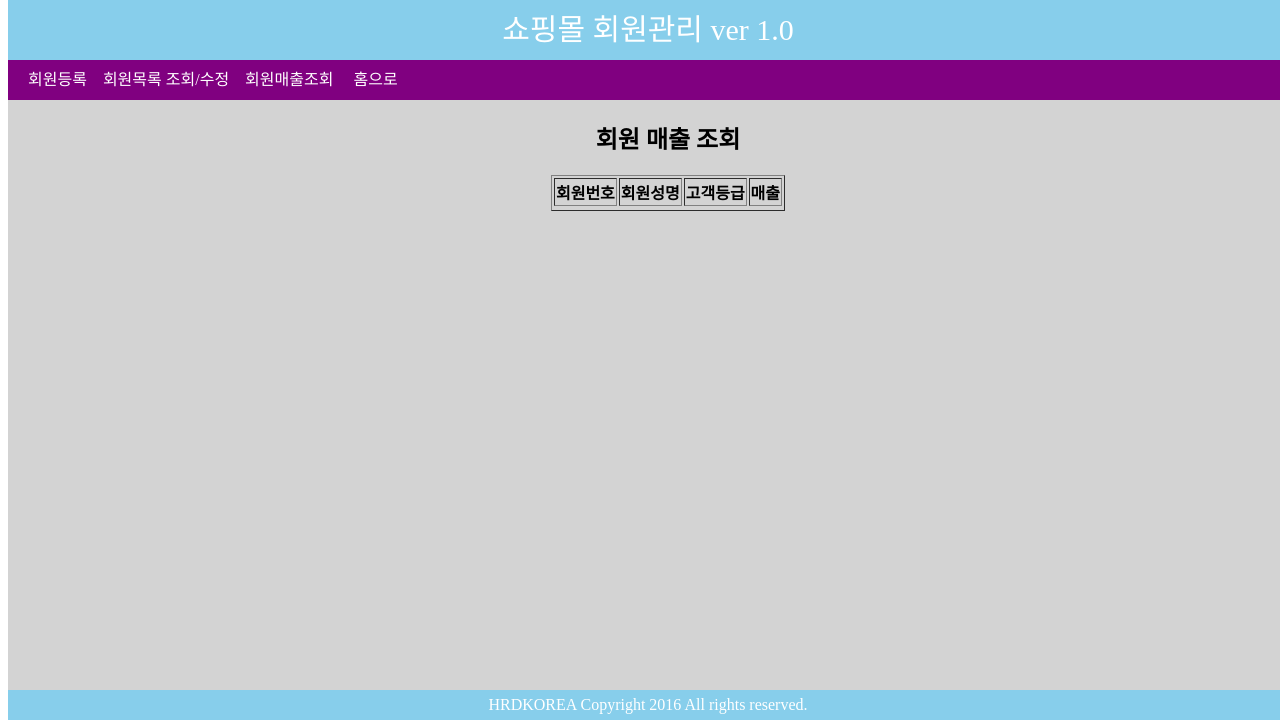
Repository: haileylee94/mini-project
Page: http://localhost/hrd/incom.jsp
These files come from the project's save history. The page is drawn as it stood at one moment and after the next save; the edit follows.
The browser window is 1280 px wide. The pictures show the whole page.
The page is served by Tomcat 9. Other server files are loaded and not shown. Queries for data that is not in the repository find no rows.

Above is the page before, as saved 2022-11-18 05:04:26.

### hrd/WebContent/incom.jsp
<%@ page language="java" contentType="text/html; charset=UTF-8"
    pageEncoding="UTF-8"%>
<!DOCTYPE html>
<html>
<head>
<meta charset="UTF-8">
<title>incom</title>
</head>
<body>
<jsp:include page="header.jsp"/>
	<section
		style="position: fixed; top: 100px; background-color: lightgray; height: 100%; width: 100%; padding-left: 20px">
		<h1 style="text-align: center;">
			<b>회원 매출 조회</b><br>
		</h1>
		<form style="display: flex; align-items: center;justify-content: center;
			text-align:center">
			<table border="1">
				<tr>
					<th>회원번호</th>
					<th>회원성명</th>
					<th>고객등급</th>
					<th>매출</th>
				</tr>
				<tr>
			</table>
		</form>
	</section>
<jsp:include page="footer.jsp"/>
</body>
</html>

### hrd/WebContent/header.jsp
<%@ page language="java" contentType="text/html; charset=UTF-8"
    pageEncoding="UTF-8"%>
<!DOCTYPE html>
<html>
<head>
<meta charset="UTF-8">
<title>header</title>
<style type="text/css">
	*{
		text-decoration: none;
	}

	header{
		position:fixed;
		top:0px;
		width:100%;
		height: 60px;
		background-color: skyblue;
		color: white;
		text-align: center;
		line-height: 60px;
		font-size: 30px;
	}
	nav{
		position: fixed;
		top: 60px;
		width: 100%;
		height: 40px;
		background-color: purple;
		line-height: 40px;
		padding-left: 20px;
		color: #fff;
	}

	a{
		color: #fff;
	}
</style>
</head>
<body>

	<header>
		쇼핑몰 회원관리 ver 1.0
	</header>

	<nav>
		<a href="join.jsp">회원등록</a> &nbsp;&nbsp;
		<a href="memberList.jsp">회원목록 조회/수정</a> &nbsp;&nbsp;
		<a href="incom.jsp">회원매출조회</a> &nbsp;&nbsp;&nbsp;
		<a href="index.jsp">홈으로</a>
	</nav>
</body>
</html>

### hrd/WebContent/footer.jsp
<%@ page language="java" contentType="text/html; charset=UTF-8"
    pageEncoding="UTF-8"%>
<!DOCTYPE html>
<html>
<head>
<meta charset="UTF-8">
<title>footer</title>
<style type="text/css">
	footer{
		position: fixed;
		bottom: 0px;
		background-color: skyblue;
		width: 100%;
		height: 30px;
		color: white;
		text-align: center;
		line-height: 30px;
	}
</style>
</head>
<body>

	<footer>
		HRDKOREA Copyright 2016 All rights reserved.
	</footer>
</body>
</html>

### hrd/src/DBPKG/Util.java
package DBPKG;

import java.sql.*;
public class Util {
	public static Connection getConnection() throws Exception{
		Class.forName("oracle.jdbc.OracleDriver");
		Connection con = DriverManager.getConnection("jdbc:oracle:thin:@//localhost:1521/XE", "system", "1234");
		return con;
	}


}

After the next save:
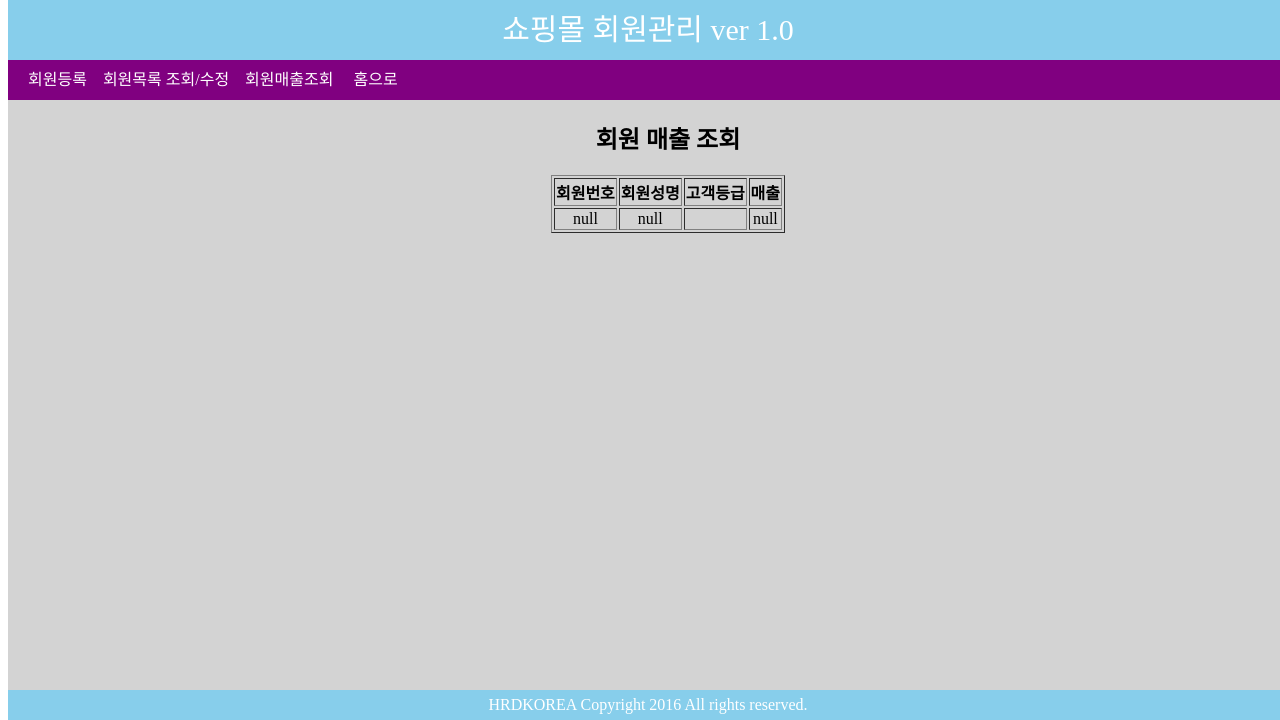
Saved 22 min 48 s later.
--- a/hrd/WebContent/incom.jsp
+++ b/hrd/WebContent/incom.jsp
@@ -1,5 +1,9 @@
+<%@page import="java.sql.ResultSet"%>
+<%@page import="DBPKG.Util"%>
+<%@page import="java.sql.Statement"%>
+<%@page import="java.sql.Connection"%>
 <%@ page language="java" contentType="text/html; charset=UTF-8"
-    pageEncoding="UTF-8"%>
+	pageEncoding="UTF-8"%>
 <!DOCTYPE html>
 <html>
 <head>
@@ -7,14 +11,14 @@
 <title>incom</title>
 </head>
 <body>
-<jsp:include page="header.jsp"/>
+	<jsp:include page="header.jsp" />
 	<section
 		style="position: fixed; top: 100px; background-color: lightgray; height: 100%; width: 100%; padding-left: 20px">
 		<h1 style="text-align: center;">
 			<b>회원 매출 조회</b><br>
 		</h1>
-		<form style="display: flex; align-items: center;justify-content: center;
-			text-align:center">
+		<form
+			style="display: flex; align-items: center; justify-content: center; text-align: center">
 			<table border="1">
 				<tr>
 					<th>회원번호</th>
@@ -22,10 +26,49 @@
 					<th>고객등급</th>
 					<th>매출</th>
 				</tr>
+
+				<%
+				Connection con=null;
+				Statement stmt=null;
+				String grade="";
+
+				try{
+					con=Util.getConnection();
+					stmt=con.createStatement();
+					String sql="select me.custno, me.custname, me.grade, sum(mo.price) price "+
+							"from member_tbl_02 me, money_tbl_02 mo where me.custno = mo.custno " +
+							"group by me.custno, me.custname, me.grade order by sum(mo.price) desc";
+					ResultSet rs = stmt.executeQuery(sql);
+					while(rs.next()){
+						grade = rs.getString("grade");
+						switch(grade){
+						case "A" :
+							grade ="VIP";
+							break;
+						case "B" :
+							grade ="일반";
+							break;
+						case "C" :
+							grade ="직원";
+							break;
+						}//switch
+					}//while
+
+			%>
 				<tr>
+					<td><%=rs.getString("custno") %></td>
+					<td><%=rs.getString("custname") %></td>
+					<td><%=grade %></td>
+					<td><%=rs.getString("price") %></td>
+				</tr>
+				<%
+				}catch(Exception e){
+					e.printStackTrace();
+				}
+				%>
 			</table>
 		</form>
 	</section>
-<jsp:include page="footer.jsp"/>
+	<jsp:include page="footer.jsp" />
 </body>
 </html>
